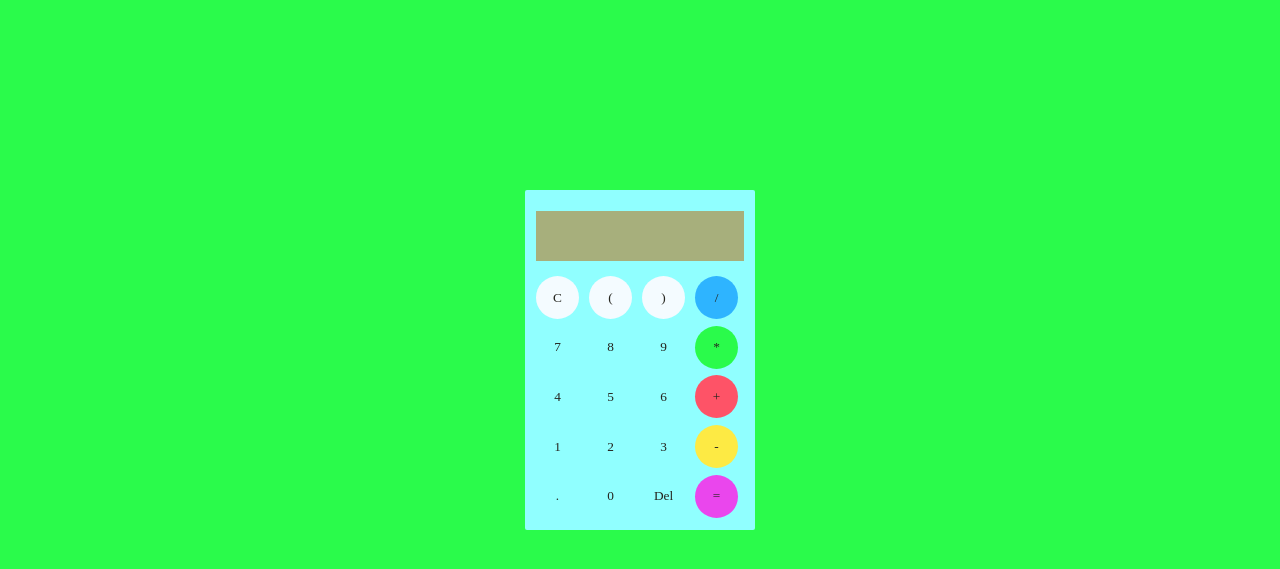
Repository: ServerK001/CalcJsVanilha
Page: index.html
An editor plug-in stored every save of this project. The page is shown before and after the next save, followed by the edit.
The browser window is 1280 px wide. The pictures show the whole page.

Above is the page before, as saved 2022-02-15 18:13:18.

After the next save:
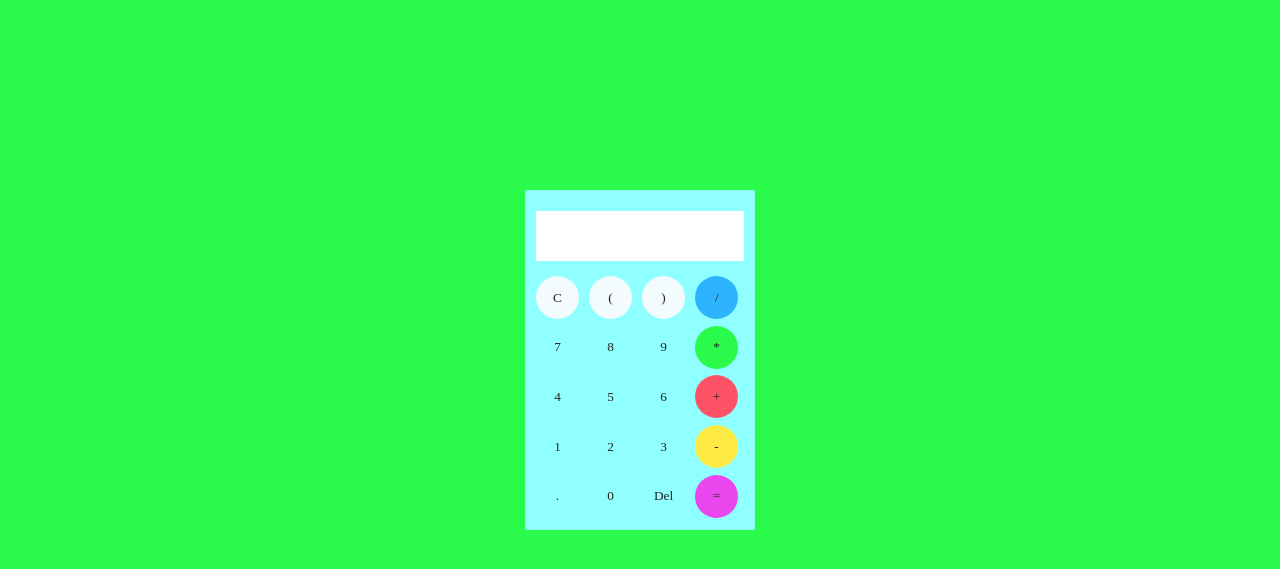
Saved 63 s later.
--- a/style.css
+++ b/style.css
@@ -29,6 +29,7 @@
     text-align: right;
     font-family: "Unibody 8";
     color: var(--font-display);
+    fon
     background-color: var(--displayBG);
 
         border: none;

After the save that followed:
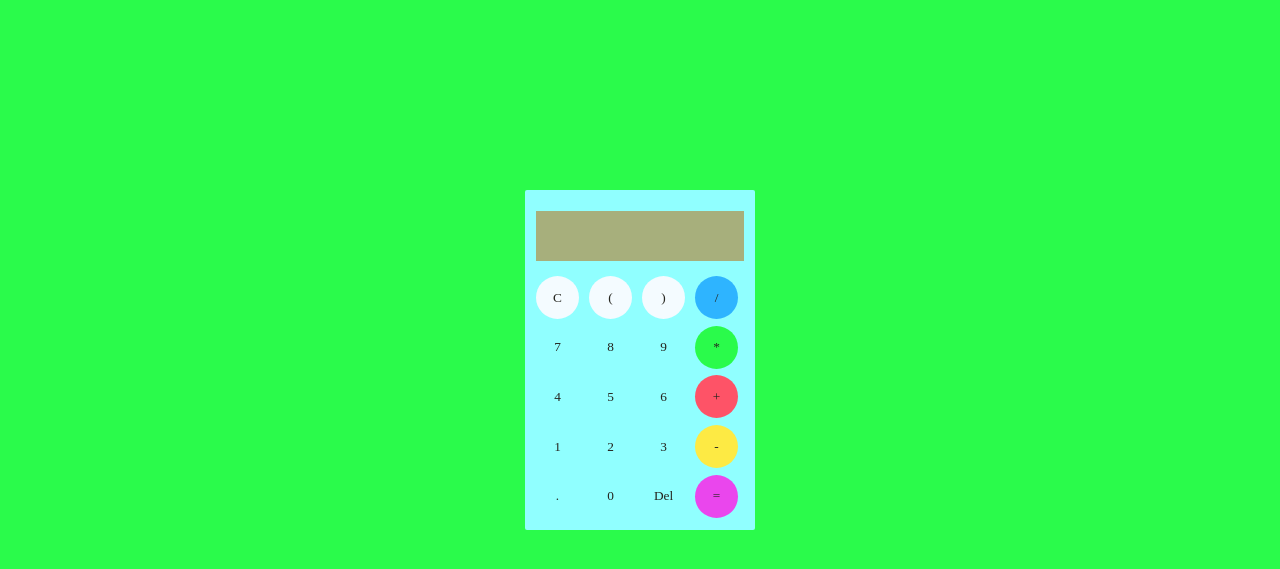
Saved 7 s later.
--- a/style.css
+++ b/style.css
@@ -29,7 +29,7 @@
     text-align: right;
     font-family: "Unibody 8";
     color: var(--font-display);
-    fon
+    font-weight: ;
     background-color: var(--displayBG);
 
         border: none;
